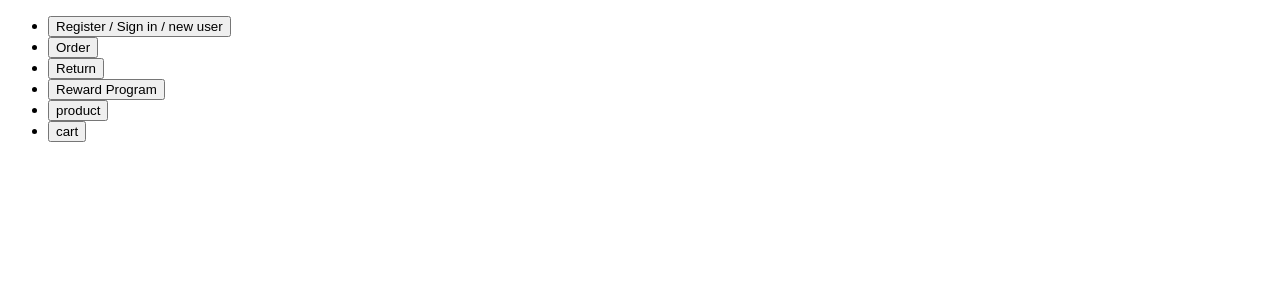
Repository: rahmankashfia/java-practise-eclipes
Page: TestProject/WebContent/WEB-INF/html/index.html
The author's editor kept a copy of each file at every save. The page is drawn from the files as they stood at one save, then again after the next save.
The browser window is 1280 px wide. The pictures show the whole page.

Above is the page before, as saved 2020-02-05 04:07:10.

### TestProject/WebContent/WEB-INF/html/index.html
<!DOCTYPE html PUBLIC "-//W3C//DTD HTML 4.01 Transitional//EN" "http://www.w3.org/TR/html4/loose.dtd">
<html>
<head>
<meta http-equiv="Content-Type" content="text/html; charset=UTF-8">
<title>Welcome</title>
</head>
<body>

	<form>
		<ul>
			<li><input type="submit" value="Register / Sign in / new user"/></li>
			<li><input type="submit" value="Order"/></li>
			<li><input type="submit" value="Return"/></li>
			<li><input type="submit" value="Reward Program"/></li>
			<li><input type="submit" value="product"/></li>
			<li><input type="submit" value="cart"/></li>
		</ul>
	</form>




</body>
</html>

After the next save:
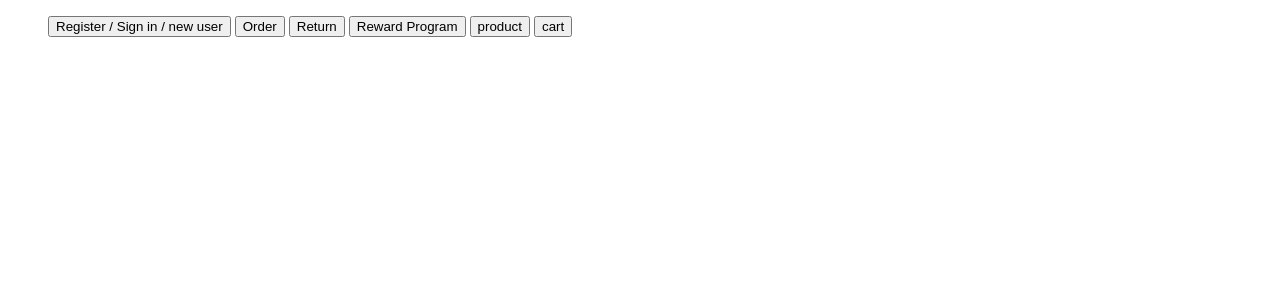
Saved 118 s later.
--- a/TestProject/WebContent/WEB-INF/html/index.html
+++ b/TestProject/WebContent/WEB-INF/html/index.html
@@ -3,17 +3,22 @@
 <head>
 <meta http-equiv="Content-Type" content="text/html; charset=UTF-8">
 <title>Welcome</title>
+<style type="text/css">
+ul#menu li {
+	display: inline;
+}
+</style>
 </head>
 <body>
 
 	<form>
-		<ul>
-			<li><input type="submit" value="Register / Sign in / new user"/></li>
-			<li><input type="submit" value="Order"/></li>
-			<li><input type="submit" value="Return"/></li>
-			<li><input type="submit" value="Reward Program"/></li>
-			<li><input type="submit" value="product"/></li>
-			<li><input type="submit" value="cart"/></li>
+		<ul id="menu">
+			<li><input type="submit" value="Register / Sign in / new user" /></li>
+			<li><input type="submit" value="Order" /></li>
+			<li><input type="submit" value="Return" /></li>
+			<li><input type="submit" value="Reward Program" /></li>
+			<li><input type="submit" value="product" /></li>
+			<li><input type="submit" value="cart" /></li>
 		</ul>
 	</form>
 
